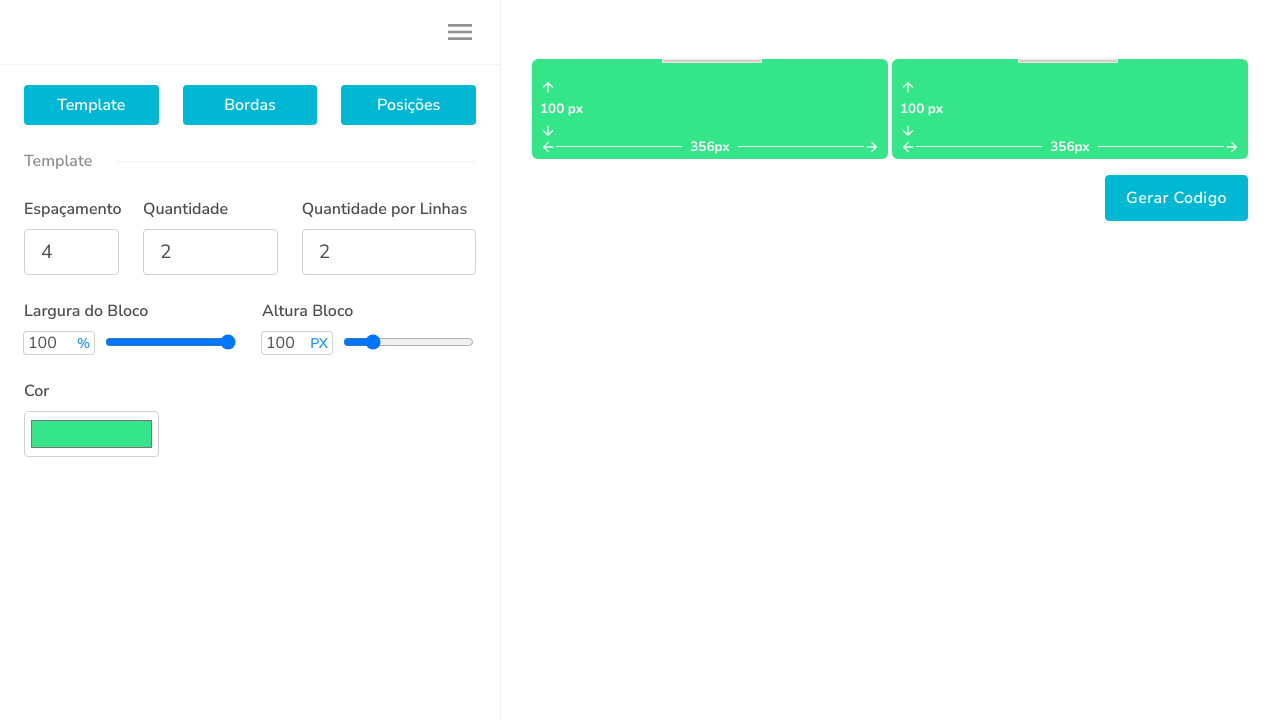
Repository: Flintdl/lowcode-elements
Page: /
An editor plug-in stored every save of this project. The page is shown before and after the next save, followed by the edit.
The browser window is 1280 px wide. The pictures show the whole page.
The project was rebuilt for these pictures with package versions that can differ from the ones it lists, and the page was loaded fresh each time. Also part of the build but not shown: vue.config.js.

Above is the page before, as saved 2022-04-06 14:13:01.

### src/assets/scss/_variables.scss
// Primarys Colors
$standardTextColor: #4d4d4d;

$primaryColor: #8e6dff;
$secondaryColor: #009997;
$buttonDisableColor: #9c9c9c;
$buttonDisableBgColor: #7676764d;

// Menu Colors

$bgMenuColor: #1d1d1d;
$linkMenuColor: #7b8089;
$iconMenuColor: #2a2a2a;
$borderMenuColor: #323232;

// Botão Colors

$btnPrimary: #00b8d4;
$btnPrimaryHover: #0085b0;

// Generics Colors

$whiteColor: #ffffff;
$mutedColor: #8f8f8f;
$cardColor: #f3f4f7;
$cardColorLight: #f9fafc;
$cardColorLightTwo: #f1f5fc;
$greyLight: #d1d1d1;

// Dropdown Colors

$dropdownHeaderColor: #5f5f5f;
$dropdownColor: #ebffff;

// State Colors

$successColor: #3dc661;
$dangerColor: #e7515a;
$warningColor: #e2a03f;
$infoColor: #2196f3;
$defaultColor: #172b4d;
$lightColor: #e0e0e0;

### src/views/HomeView.vue
<template>
  <div>
    <div class="sf-row">
      <div
        id="sf-preview-code-content"
        class="sf-col-12 sf-mx-auto sf-position-relative"
      >
        <div id="sf-preview-code">
          <div class="sf-row">
            <div
              :class="[
                'sf-col-12 sf-text-center sf-display-flex sf-flex-wrap',
                'sf-justify-content-' + checkValue,
              ]"
            >
              <span
                v-bind:key="linha"
                :style="widthProps1"
                class="sf-display-block sf-position-relative"
                v-for="linha of Number(quantidadeLinha)"
              >
                <div :style="widthProps" class="sf-position-absolute"></div>
              </span>
            </div>
          </div>
          <div
            :style="gapProps"
            :class="[
              'sf-display-flex sf-flex-wrap sf-width-100',
              'sf-justify-content-' + checkValue,
            ]"
          >
            <DivGrid
              v-bind:key="n"
              v-for="n of quantidade"
              :tamanho="String(valor)"
              :altura="String(valorHeight)"
              :cssDefinido="cssProps"
              class="sf-position-relative"
            />
          </div>
        </div>
      </div>
      <div class="sf-col-12 sf-mt-3 sf-display-flex sf-justify-content-end">
        <button class="sf-btn sf-btn-primary" @click="gerarCodigo">
          Gerar Codigo
        </button>
      </div>
    </div>
    <div class="sf-row" v-if="htmlPreviewCode">
      <div class="sf-col-12 sf-mx-auto sf-mt-5 sf-code-content">
        <div class="sf-bg-code sf-p-4 sf-border-radius">
          <code>
            <span class="sf-text-info">Código do Preview</span> <br />
            {{ htmlPreviewCode }}
          </code>
        </div>
      </div>
    </div>
  </div>
</template>

<script>
// @ is an alias to /src

import DivGrid from "@/components/templates/DivGrid.vue";

export default {
  name: "HomeView",
  data: function () {
    return {
      htmlPreviewCode: null,
      gridLinhas: null,
    };
  },
  components: {
    DivGrid,
  },
  props: {
    valor: String,
    inputGap: String,
    quantidade: Number,
    valorHeight: String,
    quantidadeLinha: String,
    inputBorderRadius: String,
    checkValue: String,
    inputColor: String,
    inputBorder: String,
    inputBorderColor: String,
    inputBorderTipo: String,
  },
  computed: {
    cssProps() {
      return {
        width: `calc((${this.valor}% - ${this.inputGap}px * ${
          this.quantidadeLinha - "1"
        }) / ${this.quantidadeLinha})`,
        height: this.valorHeight + "px",
        "border-radius": this.inputBorderRadius + "px",
        "background-color": this.inputColor,
        border:
          this.inputBorder +
          "px" +
          " " +
          this.inputBorderTipo +
          " " +
          this.inputBorderColor,
      };
    },
    gapProps() {
      return {
        gap: this.inputGap + "px",
      };
    },
    widthProps1() {
      return {
        width: `calc((${this.valor}% - ${this.inputGap}px * ${
          this.quantidadeLinha - "1"
        }) / ${this.quantidadeLinha})`,
      };
    },
    widthProps() {
      return {
        height: `calc(${this.valorHeight}px * (${this.quantidadeLinha} - ${this.quantidade}) + ${this.inputGap}px)`,
        width: "clamp(50px, 50%, 100px)",
        "background-color": "#f7c7cfd1",
        border: "1px solid #f9edefd1",
        transform: "translateX(-50%)",
        "z-index": "500",
        left: "50%",
        top: "1px",
      };
    },
  },
  methods: {
    gerarCodigo() {
      this.htmlPreviewCode =
        document.getElementById("sf-preview-code").innerHTML;
    },
  },
};
</script>

<style>
#sf-grid-template:after {
  content: "";
  width: 100%;
  height: 150%;
  top: -25%;
  background-color: #ff008c0a;
  border: 1px solid rgba(255, 0, 140, 0.103);
  border-left: 2px solid #ff008c38;
  border-right: 2px solid #ff008c38;
  position: absolute;
}
</style>

### src/components/templates/InputGapTemplate.vue
<template>
  <div class="sf-col-3 sf-form-group">
    <label class="sf-label">Espaçamento</label>
    <input
      type="number"
      min="1"
      max="12"
      value="2"
      id="inputGap"
      v-model="valor"
      class="filter-states sf-text-capitalize"
      placeholder="Quantidade de Blocos"
    />
  </div>
</template>

<script>
export default {
  props: {
    valorInput: String,
  },
  computed: {
    valor: {
      get() {
        var inp = this.valorInput;
        return inp;
      },
      set(valorInput) {
        this.$emit("callback", valorInput);
      },
    },
  },
};
</script>

<style></style>

### src/components/templates/InputQuantidadeTemplate.vue
<template>
  <div class="sf-col-4 sf-form-group">
    <label class="sf-label">Quantidade</label>
    <input
      type="number"
      value="1"
      id="inputQuantidade"
      v-model="valor"
      class="filter-states sf-text-capitalize"
      placeholder="Quantidade de Blocos"
    />
  </div>
</template>

<script>
export default {
  props: {
    valorInput: String,
  },
  computed: {
    valor: {
      get() {
        var inp = this.valorInput;
        return inp;
      },
      set(valorInput) {
        this.$emit("callback", valorInput);
      },
    },
  },
};
</script>

<style></style>

### src/components/templates/InputQuantLinhasTemplate.vue
<template>
  <div class="sf-col-5 sf-form-group">
    <label class="sf-label">Quantidade por Linhas</label>
    <input
      type="number"
      min="1"
      max="12"
      value="1"
      id="inputQuantidadeLinha"
      v-model="valor"
      class="filter-states sf-text-capitalize"
      placeholder="Quantidade Linha"
    />
  </div>
</template>

<script>
export default {
  props: {
    valorInput: String,
  },
  computed: {
    valor: {
      get() {
        var inp = this.valorInput;
        return inp;
      },
      set(valorInput) {
        this.$emit("callback", valorInput);
      },
    },
  },
};
</script>

<style></style>

### src/components/templates/InputLarguraBloco.vue
<template>
  <div class="sf-col-6 sf-form-group">
    <label class="sf-label">Largura do Bloco</label>
    <div class="sf-input-group">
      <div
        class="sf-input-group-append sf-display-flex sf-justify-content-center"
      >
        <div
          class="sf-display-flex sf-align-items-center sf-justify-content-center sf-border-left-0 sf-border-radius sf-border-radius-left-0 sf-pr-2 sf-text-info sf-font-weight-bold sf-min-80-px"
        >
          <div class="sf-input-group">
            <input
              type="number"
              value="1"
              min="1"
              max="100"
              v-model="valor"
              class="sf-text-md sf-height-fit-content sf-pr-0 sf-pl-1 sf-border-right-0 sf-border-radius-right-0 sf-text-capitalize"
              placeholder="Curva da Borda"
            />
            <div
              class="sf-input-group-append sf-display-flex sf-justify-content-center"
            >
              <div
                class="sf-display-flex sf-align-items-center sf-border sf-justify-content-center sf-border-left-0 sf-border-radius sf-border-radius-left-0 sf-pr-1 sf-text-info sf-font-weight-bold sf-text-sm"
              >
                %
              </div>
            </div>
          </div>
        </div>
      </div>
      <input
        type="range"
        min="10"
        max="100"
        value="10"
        id="inputRange"
        v-model="valor"
        class="sf-px-0 sf-border-right-0 sf-border-radius-right-0 sf-text-capitalize"
      />
    </div>
  </div>
</template>

<script>
export default {
  props: {
    valorInput: String,
  },
  computed: {
    valor: {
      get() {
        var inp = this.valorInput;
        return inp;
      },
      set(valorInput) {
        this.$emit("callback", valorInput);
      },
    },
  },
};
</script>

<style></style>

### src/components/templates/InputAlturaBloco.vue
<template>
  <div class="sf-col-6 sf-form-group">
    <label class="sf-label">Altura Bloco</label>
    <div class="sf-input-group">
      <div
        class="sf-input-group-append sf-display-flex sf-justify-content-center"
      >
        <div
          class="sf-display-flex sf-align-items-center sf-justify-content-center sf-border-left-0 sf-border-radius sf-border-radius-left-0 sf-pr-2 sf-text-info sf-font-weight-bold sf-min-80-px"
        >
          <div class="sf-input-group">
            <input
              type="number"
              value="1"
              min="1"
              max="500"
              v-model="valor"
              class="sf-text-md sf-height-fit-content sf-pr-0 sf-pl-1 sf-border-right-0 sf-border-radius-right-0 sf-text-capitalize"
              placeholder="Curva da Borda"
            />
            <div
              class="sf-input-group-append sf-display-flex sf-justify-content-center"
            >
              <div
                class="sf-display-flex sf-align-items-center sf-border sf-justify-content-center sf-border-left-0 sf-border-radius sf-border-radius-left-0 sf-pr-1 sf-text-info sf-font-weight-bold sf-text-sm"
              >
                PX
              </div>
            </div>
          </div>
        </div>
      </div>
      <input
        type="range"
        min="10"
        max="500"
        id="valorHeight"
        v-model="valor"
        class="sf-px-0 sf-border-right-0 sf-border-radius-right-0 sf-text-capitalize"
      />
    </div>
  </div>
</template>

<script>
export default {
  props: {
    valorInput: String,
  },
  computed: {
    valor: {
      get() {
        var inp = this.valorInput;
        return inp;
      },
      set(valorInput) {
        this.$emit("callback", valorInput);
      },
    },
  },
};
</script>

<style></style>

### src/components/templates/InputBorderRadiusBloco.vue
<template>
  <div class="sf-col-6 sf-form-group">
    <label class="sf-label">Curva da Borda</label>
    <div class="sf-input-group">
      <div
        class="sf-input-group-append sf-display-flex sf-justify-content-center"
      >
        <div
          class="sf-display-flex sf-align-items-center sf-justify-content-center sf-border-left-0 sf-border-radius sf-border-radius-left-0 sf-pr-2 sf-text-info sf-font-weight-bold sf-min-80-px"
        >
          <div class="sf-input-group">
            <input
              type="number"
              value="1"
              min="1"
              max="50"
              v-model="valor"
              class="sf-text-md sf-height-fit-content sf-pr-0 sf-pl-1 sf-border-right-0 sf-border-radius-right-0 sf-text-capitalize"
              placeholder="Curva da Borda"
            />
            <div
              class="sf-input-group-append sf-display-flex sf-justify-content-center"
            >
              <div
                class="sf-display-flex sf-align-items-center sf-border sf-justify-content-center sf-border-left-0 sf-border-radius sf-border-radius-left-0 sf-pr-1 sf-text-info sf-font-weight-bold sf-text-sm"
              >
                PX
              </div>
            </div>
          </div>
        </div>
      </div>
      <input
        type="range"
        value="1"
        min="1"
        max="50"
        id="inputBorderRadius"
        v-model="valor"
        class="sf-px-0 sf-border-right-0 sf-border-radius-right-0 sf-text-capitalize"
        placeholder="Curva da Borda"
      />
    </div>
  </div>
</template>

<script>
export default {
  props: {
    valorInput: String,
  },
  computed: {
    valor: {
      get() {
        var inp = this.valorInput;
        return inp;
      },
      set(valorInput) {
        this.$emit("callback", valorInput);
      },
    },
  },
};
</script>

<style></style>

### src/components/templates/InputBorderBloco.vue
<template>
  <div class="sf-col-6 sf-form-group">
    <label class="sf-label">Tamanho da Borda</label>
    <div class="sf-input-group">
      <div
        class="sf-input-group-append sf-display-flex sf-justify-content-center"
      >
        <div
          class="sf-display-flex sf-align-items-center sf-justify-content-center sf-border-left-0 sf-border-radius sf-border-radius-left-0 sf-pr-2 sf-text-info sf-font-weight-bold sf-min-80-px"
        >
          <div class="sf-input-group">
            <input
              type="number"
              value="1"
              min="1"
              max="50"
              v-model="valor"
              class="sf-text-md sf-height-fit-content sf-pr-0 sf-pl-1 sf-border-right-0 sf-border-radius-right-0 sf-text-capitalize"
              placeholder="Curva da Borda"
            />
            <div
              class="sf-input-group-append sf-display-flex sf-justify-content-center"
            >
              <div
                class="sf-display-flex sf-align-items-center sf-border sf-justify-content-center sf-border-left-0 sf-border-radius sf-border-radius-left-0 sf-pr-1 sf-text-info sf-font-weight-bold sf-text-sm"
              >
                PX
              </div>
            </div>
          </div>
        </div>
      </div>
      <input
        type="range"
        value="1"
        min="0"
        max="24"
        id="inputBorder"
        v-model="valor"
        class="sf-px-0 sf-border-right-0 sf-border-radius-right-0 sf-text-capitalize"
        placeholder="Curva da Borda"
      />
    </div>
  </div>
</template>

<script>
export default {
  props: {
    valorInput: String,
  },
  computed: {
    valor: {
      get() {
        var inp = this.valorInput;
        return inp;
      },
      set(valorInput) {
        this.$emit("callback", valorInput);
      },
    },
  },
};
</script>

<style></style>

### src/components/templates/InputPosicaoBloco.vue
<template>
  <div class="sf-row">
    <div class="sf-col-12 sf-form-group">
      <span
        class="sf-text-md sf-font-weight-bold sf-text-muted sf-display-flex sf-align-items-center"
      >
        Posições
        <hr class="sf-width-100 sf-ml-4" />
      </span>
    </div>
    <div class="sf-col-auto sf-form-group">
      <input
        id="start"
        type="radio"
        name="positionDivs"
        v-model="valor"
        value="start"
        checked
      />
      <label for="start"> Esquerda</label>
    </div>

    <div class="sf-col-auto sf-form-group">
      <input
        type="radio"
        id="center"
        name="positionDivs"
        v-model="valor"
        value="center"
      />
      <label for="center"> Centro</label>
    </div>

    <div class="sf-col-auto sf-form-group">
      <input
        type="radio"
        id="end"
        name="positionDivs"
        v-model="valor"
        value="end"
      />
      <label for="end"> Final</label>
    </div>
    <div class="sf-col-auto sf-form-group">
      <input
        type="radio"
        id="between"
        name="positionDivs"
        v-model="valor"
        value="between"
      />
      <label for="between"> Laterais</label>
    </div>
    <div class="sf-col-auto sf-form-group">
      <input
        type="radio"
        id="around"
        name="positionDivs"
        v-model="valor"
        value="around"
      />
      <label for="around"> Meio</label>
    </div>
  </div>
</template>

<script>
export default {
  props: {
    valorInput: String,
  },
  computed: {
    valor: {
      get() {
        var inp = this.valorInput;
        return inp;
      },
      set(valorInput) {
        this.$emit("callback", valorInput);
      },
    },
  },
};
</script>

<style></style>

### src/components/templates/InputBorderCorBloco.vue
<template>
  <div class="sf-col sf-form-group">
    <label class="sf-label">Cor</label>
    <input
      type="color"
      id="inputBorderColor"
      v-model="valor"
      class="sf-p-1 sf-text-capitalize"
      placeholder="Quantidade de Blocos"
    />
  </div>
</template>

<script>
export default {
  props: {
    valorInput: String,
  },
  computed: {
    valor: {
      get() {
        var inp = this.valorInput;
        return inp;
      },
      set(valorInput) {
        this.$emit("callback", valorInput);
      },
    },
  },
};
</script>

<style></style>

### src/components/templates/InputBorderTipoBloco.vue
<template>
  <div class="sf-col-10 sf-form-group">
    <label class="sf-label">Tipo de Borda</label>
    <select
      id="inputBorderTipo"
      v-model="control"
      :items="items"
      @change="onSelectType"
      class="sf-text-capitalize"
    >
      <option
        v-bind:key="item.value"
        :value="item.value"
        :disabled="!item.value"
        v-for="item of items"
      >
        {{ item.label }}
      </option>
    </select>
  </div>
</template>

<script>
export default {
  props: {
    valorInput: String,
  },
  data: () => {
    return {
      items: [
        { label: "Solid", value: "solid" },
        { label: "Dashed", value: "dashed" },
      ],
    };
  },
  computed: {
    control: {
      get() {
        return this.valorInput;
      },
      set(valorInput) {
        this.$emit("callback", valorInput);
      },
    },
  },
  methods: {
    onSelectType(event) {
      this.$emit("change", event);
    },
  },
};
</script>

<style></style>

### src/components/templates/DivGrid.vue
<template>
  <div
    class="sf-position-relative sf-overflow-hidden"
    :style="cssDefinido"
    ref="container"
  >
    <div
      class="sf-height-position sf-position-absolute sf-display-flex sf-flex-column sf-px-2"
    >
      <i
        class="mdi mdi-arrow-up sf-text-md sf-text-white sf-dropdown-action"
      ></i>
      <span class="sf-text-white sf-font-weight-extra-bold sf-text-center">
        {{ altura }}
        px
      </span>
      <i
        class="mdi mdi-arrow-down sf-text-md sf-text-white sf-dropdown-action"
      ></i>
    </div>
    <div
      class="sf-width-position sf-width-100 sf-position-absolute sf-display-flex sf-align-items-center sf-px-2"
    >
      <i
        class="mdi mdi-arrow-left sf-text-md sf-text-white sf-dropdown-action"
      ></i>
      <hr class="sf-width-100 sf-mr-2" />
      <span class="sf-text-white sf-font-weight-extra-bold sf-text-center">
        {{ larguraPixel }}px
      </span>
      <hr class="sf-width-100 sf-ml-2" />
      <i
        class="mdi mdi-arrow-right sf-text-md sf-text-white sf-dropdown-action"
      ></i>
    </div>
  </div>
</template>

<script>
export default {
  data() {
    return {
      larguraPixel: null,
    };
  },
  mounted() {
    this.larguraPixel = this.$refs.container?.offsetWidth;
  },

  props: {
    cssDefinido: Object,
    tamanho: String,
    altura: String,
  },
  created() {
    this.$watch("tamanho", () => {
      this.larguraPixel = this.$refs.container?.offsetWidth;
    });
  },
};
</script>

<style lang="scss" scoped>
.sf-height-position,
.sf-width-position {
  font-size: 1.4ch;
}
.sf-height-position {
  transform: translateY(-50%);
  left: 0;
  top: 50%;
}
.sf-width-position {
  transform: translateX(-50%);
  bottom: 0;
  left: 50%;
}
</style>

Loaded but not shown: public/index.html (common file); src/main.js (common file); src/App.vue (common file); src/registerServiceWorker.js (common file); src/router/index.js (common file); src/assets/scss/materialdesignicons.scss (9 lines, source omitted); src/assets/scss/style.scss (4102 lines, source omitted); src/components/Menu/MenuTemplate.vue (297 lines, source omitted); src/assets/scss/menu.scss (402 lines, source omitted); src/assets/scss/standard.scss (381 lines, source omitted)

After the next save:
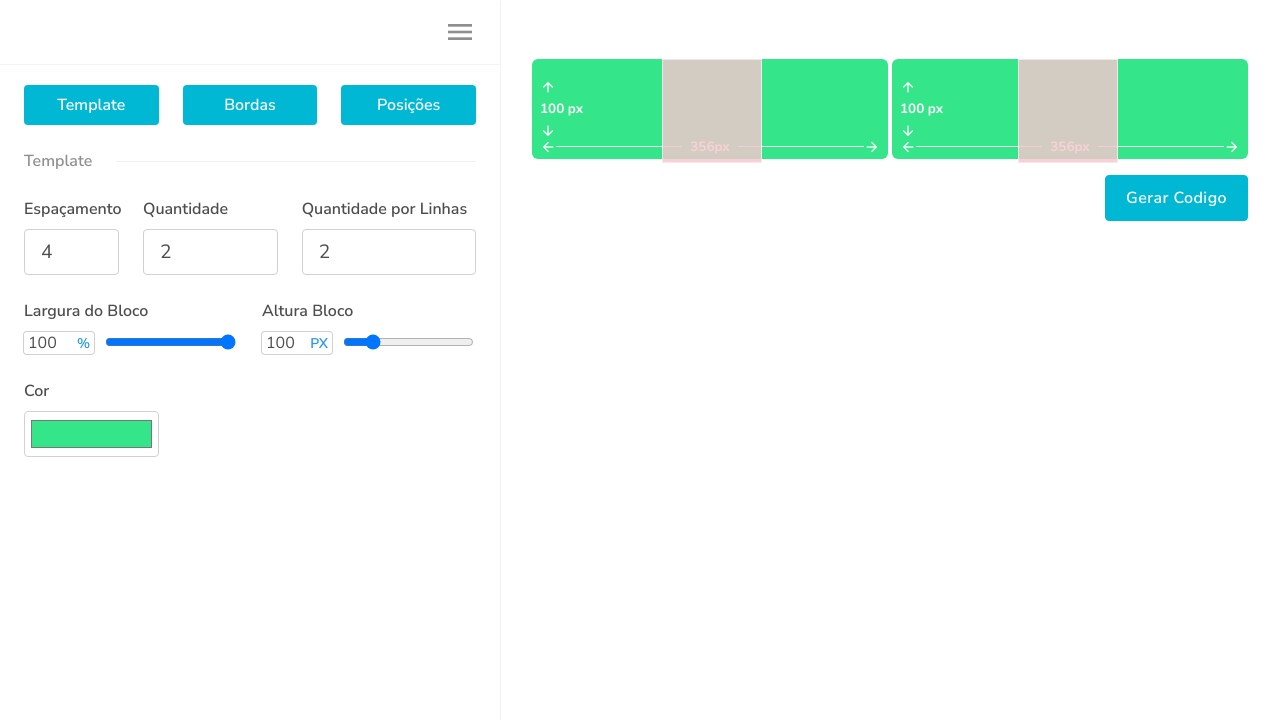
Saved 15 s later.
--- a/src/views/HomeView.vue
+++ b/src/views/HomeView.vue
@@ -121,7 +121,7 @@ export default {
     },
     widthProps() {
       return {
-        height: `calc(${this.valorHeight}px * (${this.quantidadeLinha} - ${this.quantidade}) + ${this.inputGap}px)`,
+        height: `calc(${this.valorHeight}px * (${this.quantidadeLinha} / ${this.quantidade}) + ${this.inputGap}px)`,
         width: "clamp(50px, 50%, 100px)",
         "background-color": "#f7c7cfd1",
         border: "1px solid #f9edefd1",
